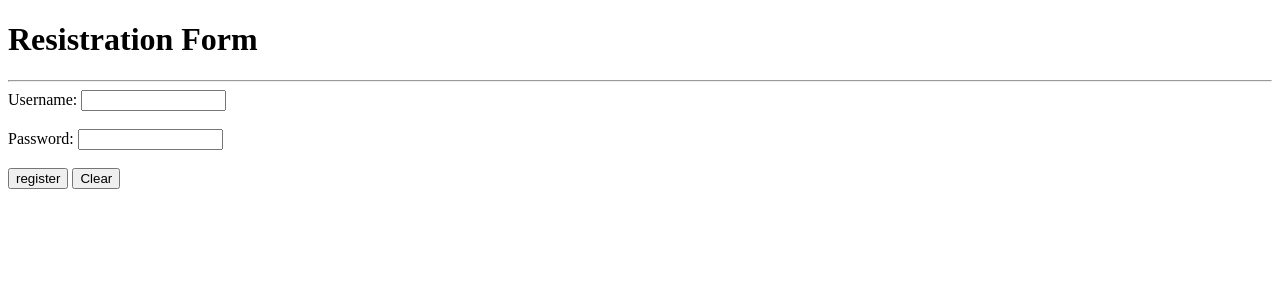
Repository: GangaNavyasri/Day10
Page: LoginApp/WebContent/Registration.html
These files come from the project's save history. The page is drawn as it stood at one moment and after the next save; the edit follows.
The browser window is 1280 px wide. The pictures show the whole page.

Above is the page before, as saved 2018-09-05 11:59:03.

After the next save:
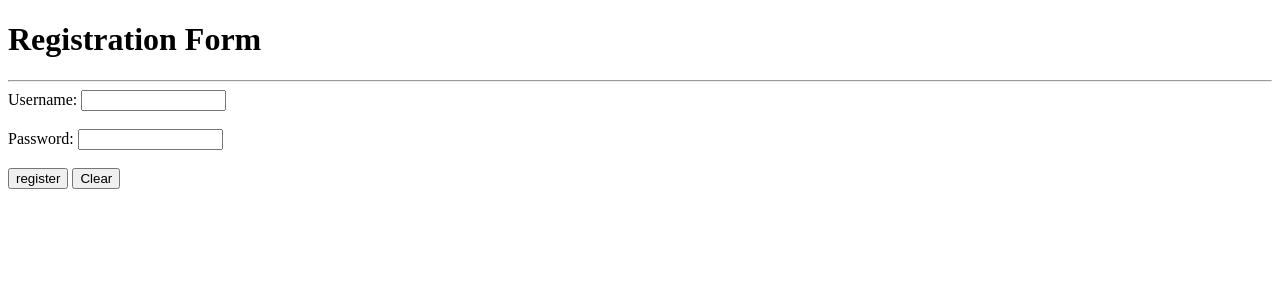
Saved 104 s later.
--- a/LoginApp/WebContent/Registration.html
+++ b/LoginApp/WebContent/Registration.html
@@ -5,7 +5,7 @@
 <title>Register</title>
 </head>
 <body>
-<h1>Resistration Form</h1>
+<h1>Registration Form</h1>
 <hr>
 <form action="register" method="post">
 <label> Username: </label>
